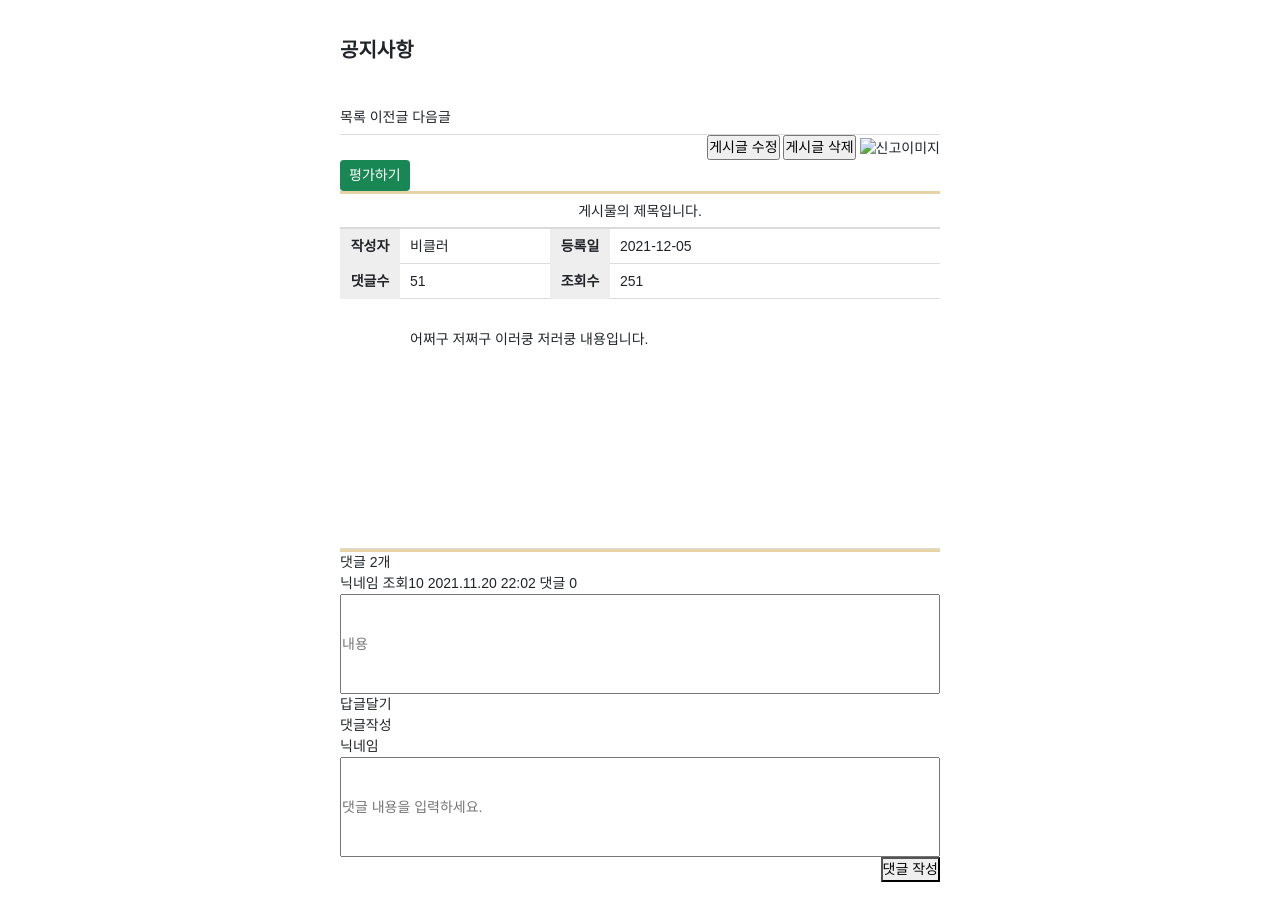
Repository: hyodii/FinalProject
Page: http://localhost/ViewPage/beenoticeArticle.jsp
The author's editor kept a copy of each file at every save. The page is drawn from the files as they stood at one save, then again after the next save.
The browser window is 1280 px wide. The pictures show the whole page.
The page is served by Tomcat 9.

Above is the page before, as saved 2021-12-09 08:57:31.
Console error: ReferenceError: $ is not defined

After the next save:
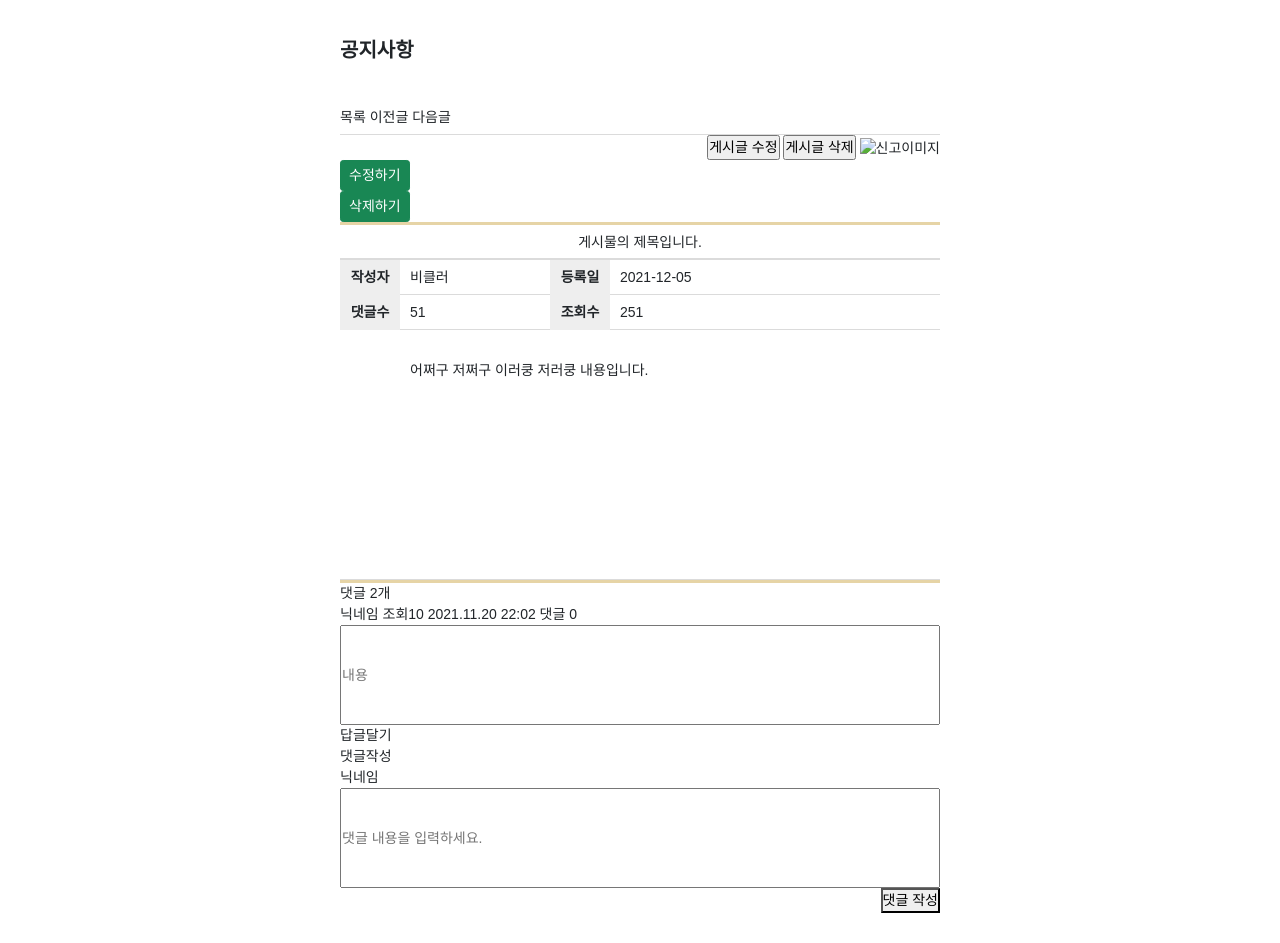
Saved 33 s later.
--- a/ViewPage/WebContent/beenoticeArticle.jsp
+++ b/ViewPage/WebContent/beenoticeArticle.jsp
@@ -218,10 +218,16 @@ body {font-family: 'Noto Sans KR', sans-serif; font-size: 14px;}
 		<img src="" alt="신고이미지"  />
 	</div>
 
+	<!-- 동아리원일 때 아닐때 나눠서 버튼 작동하게 해야함!! -->
 	<!-- modal button -->
    <div>
       <a href="#" id="modal1" class="btn btn-success btn-sm"
-         data-bs-toggle="modal" data-bs-target="#employee_details1">평가하기</a>
+         data-bs-toggle="modal" data-bs-target="#employee_details1">수정하기</a>
+   </div>
+
+    <div>
+      <a href="#" id="modal1" class="btn btn-success btn-sm"
+         data-bs-toggle="modal" data-bs-target="#employee_details1">삭제하기</a>
    </div>
 
 
